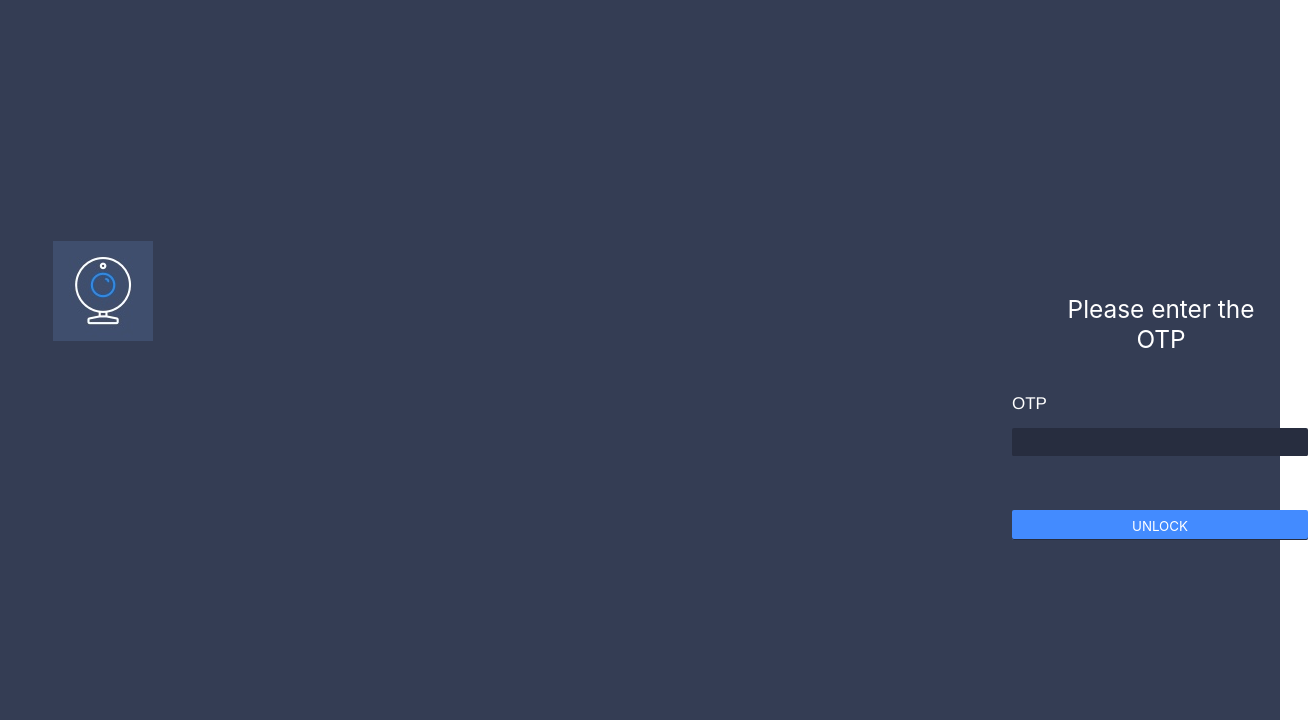
Repository: aba450/smart-door
Page: / (app in S3/smart-door-visitor/)
The author's editor kept a copy of each file at every save. The page is drawn from the files as they stood at one save, then again after the next save.
The browser window is 1280 px wide. The page is 1308 px wide, so the pictures cover 1308 px, including what lies to the right of the window. The pictures show the whole page.
The project was rebuilt for these pictures with package versions that can differ from the ones it lists, and the page was loaded fresh each time.

Above is the page before, as saved 2020-03-17 20:40:27.

After the next save:
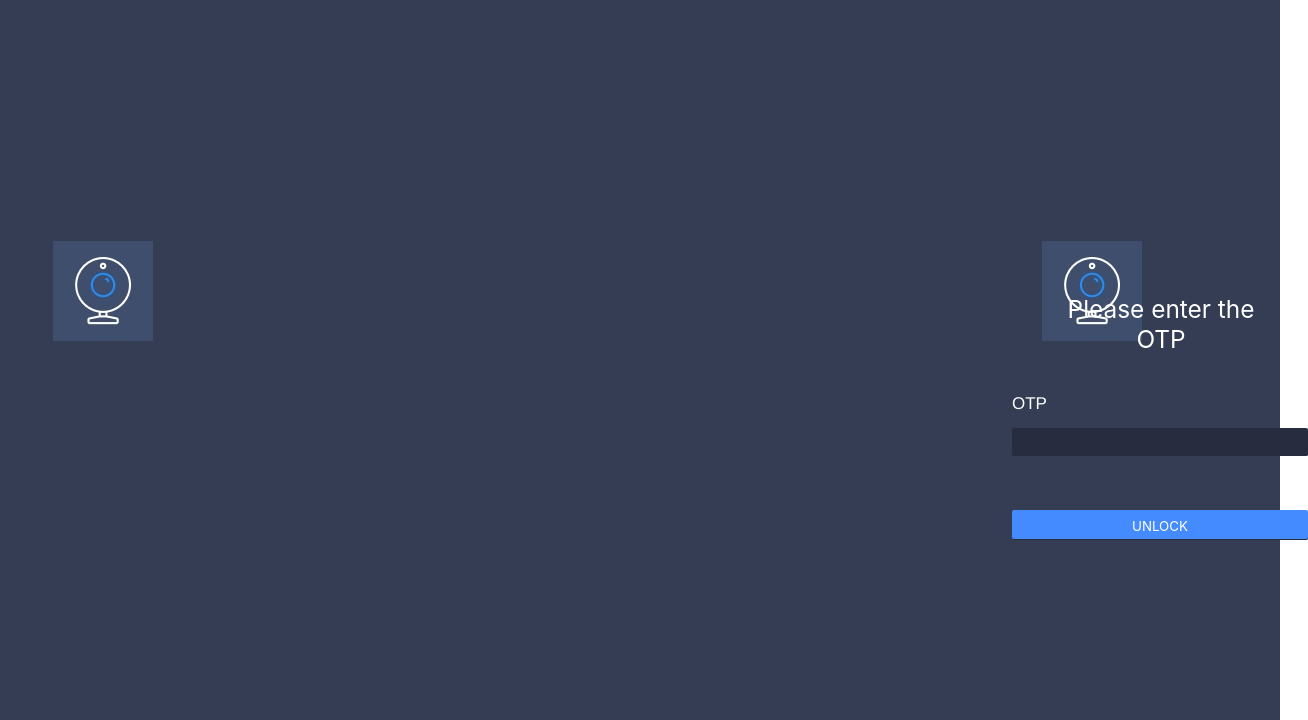
Saved 2 s later.
--- a/S3/smart-door-visitor/src/App.js
+++ b/S3/smart-door-visitor/src/App.js
@@ -10,6 +10,7 @@ function App() {
   return (
     <div className="App">
       <img src={Camera_ON} className="Camera-logo"/>
+      <img src={Camera_ON} className="S-logo"/>
       <label className="text-label">Please enter the OTP</label>
        <label className="otp-label">OTP</label>
         <input type="text" className="otp-input"></input>
